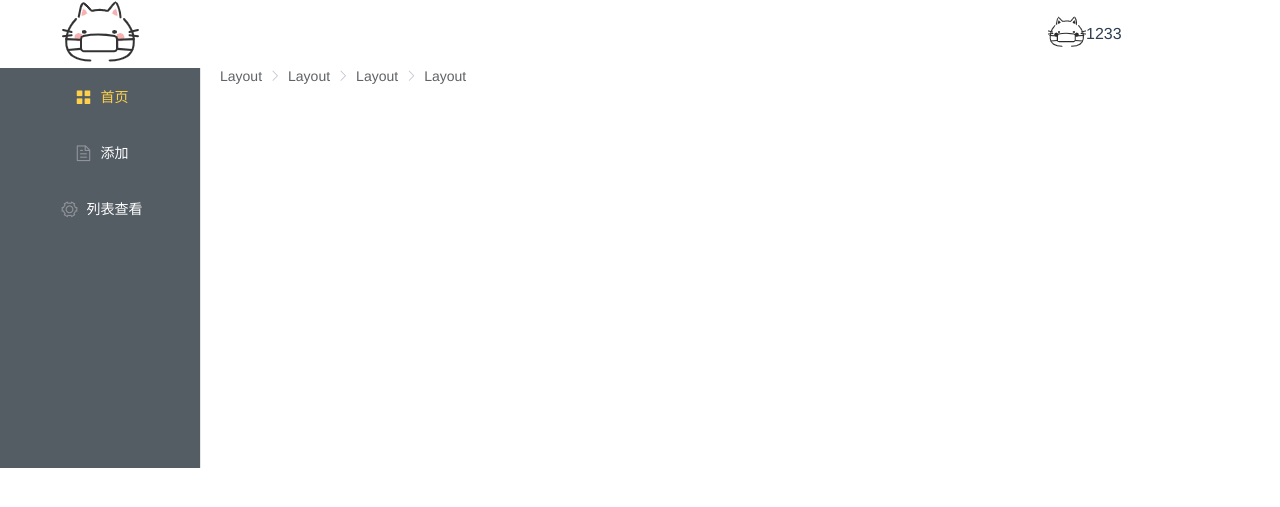
Repository: faintout/backMng
Page: /#/ (app in backmng/)
An editor plug-in stored every save of this project. The page is shown before and after the next save, followed by the edit.
The browser window is 1280 px wide. The pictures show the whole page.
The project was rebuilt for these pictures with package versions that can differ from the ones it lists, and the page was loaded fresh each time. Also part of the build but not shown: backmng/vue.config.js, backmng/src/views/_index.vue, backmng/src/views/addList.vue, backmng/src/views/list.vue.

Above is the page before, as saved 2020-12-31 14:48:05.

### backmng/public/index.html
<!DOCTYPE html>
<html lang="en">
  <head>
    <meta charset="utf-8">
    <meta http-equiv="X-UA-Compatible" content="IE=edge">
    <meta name="viewport" content="width=device-width,initial-scale=1.0">
    <link rel="icon" href="<%= BASE_URL %>favicon.ico">
    <title><%= htmlWebpackPlugin.options.title %></title>
  </head>
  <!-- <script src="https://cdn.bootcdn.net/ajax/libs/jquery/3.5.1/jquery.js"></script> -->
  <body>
    <noscript>
      <strong>We're sorry but <%= htmlWebpackPlugin.options.title %> doesn't work properly without JavaScript enabled. Please enable it to continue.</strong>
    </noscript>
    <div id="app"></div>
    <!-- built files will be auto injected -->
  </body>
</html>

### backmng/src/main.js
import Vue from 'vue'
import App from './App.vue'
import router from './router'
import store from './store'
import ElementUI from 'element-ui'
import 'element-ui/lib/theme-chalk/index.css'
import './assets/index.css'
import $ from 'jquery'
import axios from "axios"

Vue.use(ElementUI)
// Vue.use(axios)
Vue.prototype.$axios = axios;
Vue.config.productionTip = false

new Vue({
  router,
  store,
  render: h => h(App)
}).$mount('#app')

### backmng/src/App.vue
<template>
  <div id="app">
    <router-view/>
  </div>
</template>

<style lang="less">
#app {
  font-family: Avenir, Helvetica, Arial, sans-serif;
  -webkit-font-smoothing: antialiased;
  -moz-osx-font-smoothing: grayscale;
  text-align: center;
  color: #2c3e50;
  height: 100%;
}

#nav {
  padding: 30px;

  a {
    font-weight: bold;
    color: #2c3e50;

    &.router-link-exact-active {
      color: #42b983;
    }
  }
}
</style>

### backmng/src/router/index.js
import Vue from 'vue'
import VueRouter from 'vue-router'
import Layout from '../views/layout.vue'
import _index from '../views/_index.vue'
import addList from '../views/addList.vue'
import list from '../views/list.vue'
import login from '../views/login.vue'

Vue.use(VueRouter)

const routes = [
    {
        path:'*',
        name:'redirect',
        redirect:'/login'
    },
    {
        path:'/login',
        name:'login',
        component:login
    },
    {
        path: '/',
        name: 'Layout',
        component: Layout,
        children: [
            {
                path: '/_index',
                name: '首页',
                component: _index,
            },
            {
                path: '/addList',
                name: '添加',
                component: addList,
            },
            {
                path: '/list',
                name: '列表查看',
                component: list,
            },
        ]
    },
]

const router = new VueRouter({
    routes
})

export default router

### backmng/src/store/index.js
import Vue from 'vue'
import Vuex from 'vuex'
import local from '../toolUtil/local.js'

Vue.use(Vuex)

export default new Vuex.Store({
    state: {
        token: ''
    },
    mutations: {
        setToken(state, token) {
            //   state.token = token/
            local('backMng_token', token)
            //设置token
            state.token = token
        },
        getToken(state) {
            let token = local('backMng_token')
            state.token =token?token:''
      }
    },
    actions: {
    },
    modules: {
    }
})

### backmng/src/assets/index.css
* {
    /* width: 100%;
    height: 100%; */
    padding: 0;
    margin: 0;
}
html,body{
    height: 100%;
}
.h100{
    height: 100%;
}

### backmng/src/views/layout.vue
<template>
    <div class="h100">
        <div class="menu_list" style="width:200px;float:left">
            <!-- <header-top></header-top> -->
            <img :src="require('../assets/images/'+(!isCollapse?'7':'7_25px')+'.png')" alt="" @click="isCollapse = !isCollapse" :style="{left:isCollapse?'-64px':0}">
            <!-- <img src="../assets/images/7.png" alt="" @click="isCollapse = !isCollapse" style="cursor:pointer;"> -->
            <el-row class="tac h100">
                <el-col :span="12" class="h100">
                    <el-menu default-active="/_index" router class="el-menu-vertical-demo" @open="handleOpen" @close="handleClose" background-color="#545c64" text-color="#fff" active-text-color="#ffd04b" :collapse="isCollapse">
                        <el-menu-item index="/_index">
                            <i class="el-icon-menu"></i>
                            <span slot="title">首页</span>
                        </el-menu-item>
                        <el-menu-item index="/addList">
                            <i class="el-icon-document"></i>
                            <span slot="title">添加</span>
                        </el-menu-item>
                        <el-menu-item index="/list">
                            <i class="el-icon-setting"></i>
                            <span slot="title">列表查看</span>
                        </el-menu-item>
                    </el-menu>
                </el-col>
            </el-row>
        </div>
        <div style="width:80%;float:left">
            <header-top></header-top>
            <div class="content">
                <el-breadcrumb separator-class="el-icon-arrow-right"  style="margin: 5px 0 20px 20px;">
                    <el-breadcrumb-item>{{$route.name}}</el-breadcrumb-item>
                    <el-breadcrumb-item>{{$route.name}}</el-breadcrumb-item>
                    <el-breadcrumb-item>{{$route.name}}</el-breadcrumb-item>
                    <el-breadcrumb-item>{{$route.name}}</el-breadcrumb-item>
                </el-breadcrumb>
                <router-view></router-view>
            </div>
        </div>


    </div>
</template>

<script>
    import headerTop from './headerTop'
    export default {
        components: {
            headerTop
        },
        data() {
            return {
                isCollapse: false
            }
        },
        watch: {},
        computed: {},
        methods: {
            handleOpen(key, keyPath) {
                console.log(key, keyPath);
            },
            handleClose(key, keyPath) {
                console.log(key, keyPath);
            }
        },
        mounted() {},
        created() {},
    }
</script>
<style lang="less" scoped>
    .el-menu-vertical-demo:not(.el-menu--collapse) {
        width: 200px;
        min-height: 400px;
        // height: calc(100% - 64px);
    }

    .menu_list {
        img {
            cursor: pointer;
            position: relative,
        }
    }
</style>

### backmng/src/toolUtil/local.js
export default   (key, value) => {
    return value ? localStorage.setItem(key, value) : localStorage.getItem(key)
}
// export local

### backmng/src/views/headerTop.vue
<template>
    <div>
        <div class="header">
            <div class="user_info">
                <div class="user_pic">
                    <img src="../assets/images/user_pic.png" alt="">
                </div>
                <div class="user_name">1233</div>
            </div>
        </div>
    </div>
</template>

<script>
    export default {
        components: {},
        data() {
            return {}
        },
        watch: {},
        computed: {},
        methods: {},
        mounted() {},
        created() {},
    }
</script>
<style lang="less" scoped>
    .header {
        // display: flex;
        justify-content: space-between;
        height: 64px;
        width: 100%;
        vertical-align: middle;
        display: inline-block;
        // img{
        //     float: left;
        // }
    }

    .user_info div {
        display: inline-block;
        margin-top: 16px;
    }

    .user_info {
        text-align: center;
        margin-right: 10%;
        vertical-align: middle;
        float: right;
    }

    .user_name {
        vertical-align: middle;
        display: inline-block;
    }

    .user_pic {
        vertical-align: middle;
    }
</style>

### backmng/src/views/login.vue
<template>
    <div class="bgc" :style="{background:'url('+imgUrl+')'}">
        <div class="login_contnet">
            <div class="user_admin">
                <el-input v-model="userName" placeholder="请输入用户名" size="small"></el-input>

            </div>
            <div class="user_password">
                <el-input v-model="passWord" placeholder="请输入密码" show-password size="small"></el-input>

            </div>
            <el-button type="primary" @click="login" size="small">登录</el-button>
        </div>

    </div>
</template>

<script>
    import { AjaxTool } from '../request/request'
    import store from '../store/index'
    import local from '../toolUtil/local'
    import router from '../router/index'
    export default {
        components: {},
        data() {
            return {
                userName: '',
                passWord: '',
                imgUrl: ''
            }
        },
        watch: {},
        computed: {},
        methods: {
            login() {
                AjaxTool.login({ "userName": this.userName, "passWord": this.passWord, }).then(
                    res => {
                        //本地存储
                        if (res.success) {
                            local('backMng_token', res.token)
                            this.$message({
                                type: 'success',
                                message: res.msg
                            })
                            router.push('/')
                        } else {
                            this.$message.error(res.msg)
                        }
                    }
                )
            }
        },
        mounted() {
            var self = this
            $.ajax({
                type: "GET",
                url: '/img/acgurl.php?return=json',
                success: res => {
                    console.log(res);
                    // this.$nick()
                    // self.imgUrl = res.imgurl
                }
            })
        },
        created() {

        },
    }
</script>
<style lang="less" scoped>
    .login_contnet {
        position: relative;
        width: 10%;
        border: 1px solid #fff;
        border-radius: 10px;
        padding: 2% 3%;
        background-color: rgba(255, 255, 255, 0.4);
        left: 65%;
        top: 40%;
    }

    .bgc {
        width: 100%;
        height: 100%;
    }

    .user_admin,
    .user_password {
        margin-bottom: 5%;
    }
</style>

### backmng/src/request/request.js
import axios from 'axios'
import store from '../store/index.js'
import router from '../router/index.js'
// axios.defaults.baseURL = 'http://172.17.35.25:9706'
axios.defaults.baseURL = '/server'




//添加一个请求拦截器
axios.interceptors.request.use(function (config) {
    store.commit('getToken')
    let user = store.state.token;
    config.headers.common['token'] = user||'';
    //console.dir(config);
    return config;
}, function (error) {
    // Do something with request error
    console.info("error: ");
    console.info(error);
    return Promise.reject(error);
});

// 添加一个响应拦截器
axios.interceptors.response.use(function (response) {
    if (response.data && response.data.code) {
        if (parseInt(response.data.code) === 108 || parseInt(response.data.code) === 109) {
            //未登录
            response.data.msg = "登录信息已失效，请重新登录";
            this.$message.error(response.data.msg);
            router.push('/login');
        }
        if (parseInt(response.data.code) === -1) {
            road.$message.error("请求失败");
        }
    }
    return response;
}, function (error) {
    // Do something with response error
    console.dir(error);
    road.$message.error("服务器连接失败");
    return Promise.reject(error);
})

const getData = (url, params, header) => {
    return new Promise((resolve, reject) => {
        axios['post'](url, params, header).then(res => {
            resolve(res.data)
        }).catch(err => {
            reject(err)
        })
    })
}
const AjaxTool = {
    // getters
    login(params) {
        return new Promise((resolve, reject) => {
            getData('/login', params).then(res => {
                if (res.success) {
                    resolve(res);
                } else {
                    this.$message({
                        type:'error',
                        message:res.msg
                    })
                    reject(res);
                }
            }, err => {
                this.$message({
                    type:'error',
                    message:err.msg
                })
                reject(err);
            });
        });
    }
}

export {
    AjaxTool
}

After the next save:
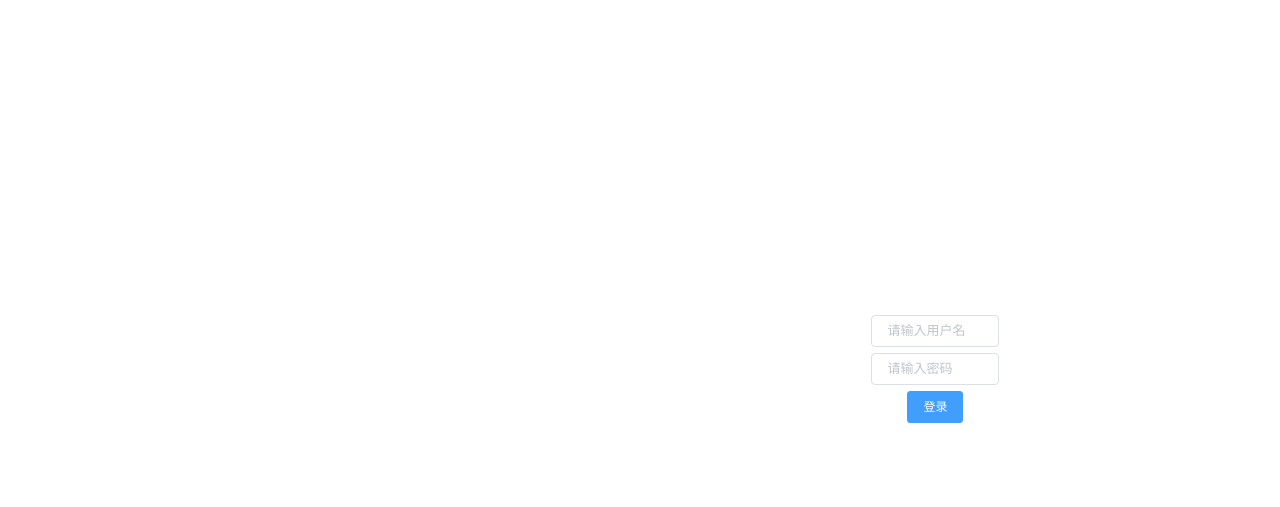
Saved 2 min 17 s later.
--- a/backmng/src/router/index.js
+++ b/backmng/src/router/index.js
@@ -20,7 +20,7 @@
         component:login
     },
     {
-        path: '/',
+        path: '/layout',
         name: 'Layout',
         component: Layout,
         children: [

After the save that followed:
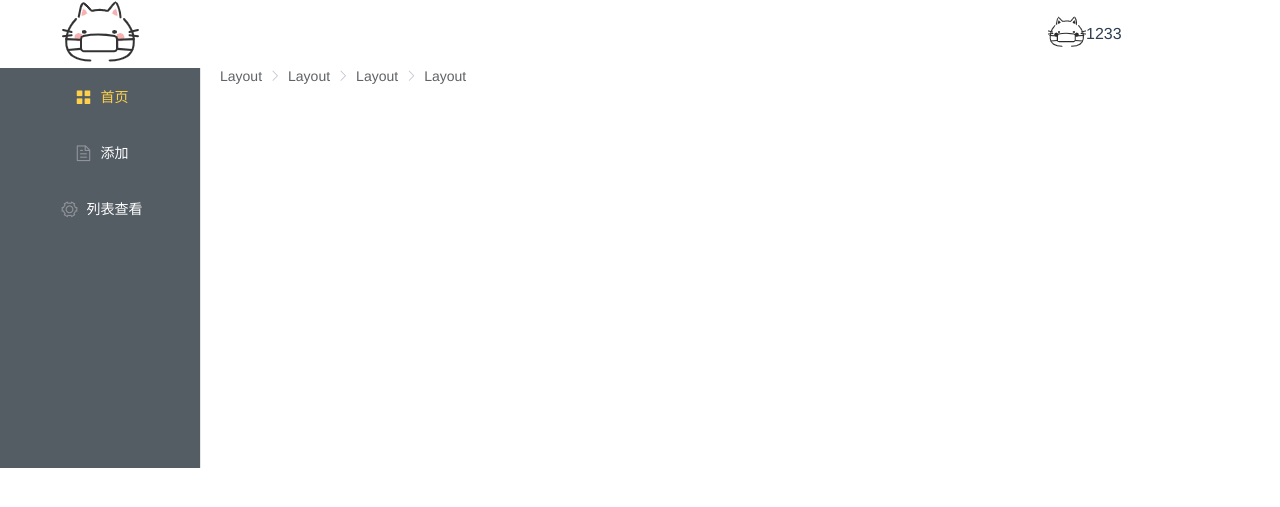
Saved 46 s later.
--- a/backmng/src/router/index.js
+++ b/backmng/src/router/index.js
@@ -13,6 +13,11 @@
         path:'*',
         name:'redirect',
         redirect:'/login'
+    },
+    {
+        path:'/',
+        name:'redirect',
+        redirect:'/layout'
     },
     {
         path:'/login',
